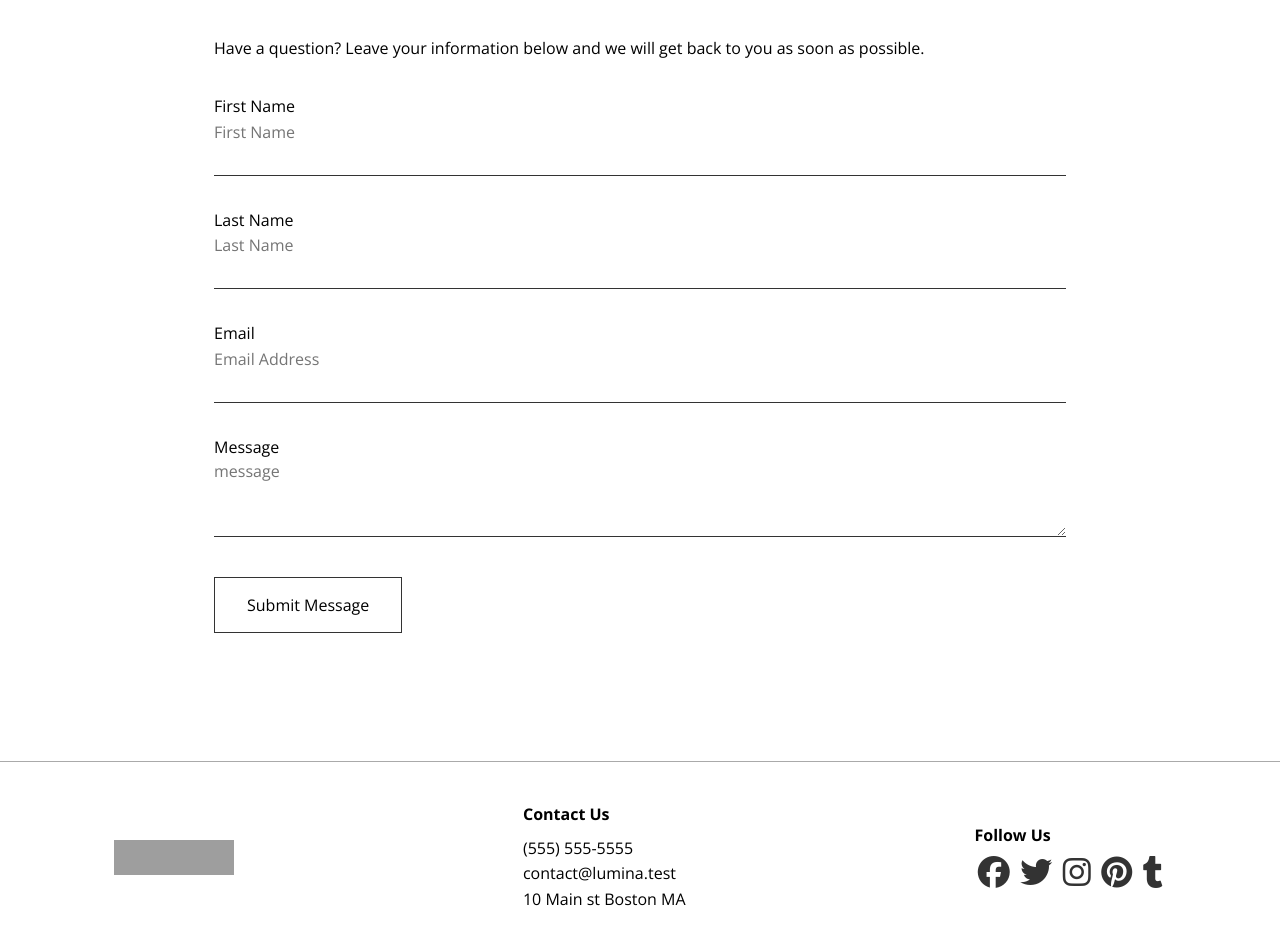
Repository: AchrafAzzaoui/lumina-creative-html-css-project
Page: lumina-creative/contact.html
An editor plug-in stored every save of this project. The page is shown before and after the next save, followed by the edit.
The browser window is 1280 px wide. The pictures show the part of the page from y = 738 to 1690 px (the page is 1690 px tall).
Pictures or frames that could not be fetched are drawn as grey boxes. A picture or video elsewhere on the page could not be fetched, so the positions and the page height are approximate. Some web libraries are served in a nearby version.

Above is the page before, as saved 2024-08-22 22:44:50.

After the next save:
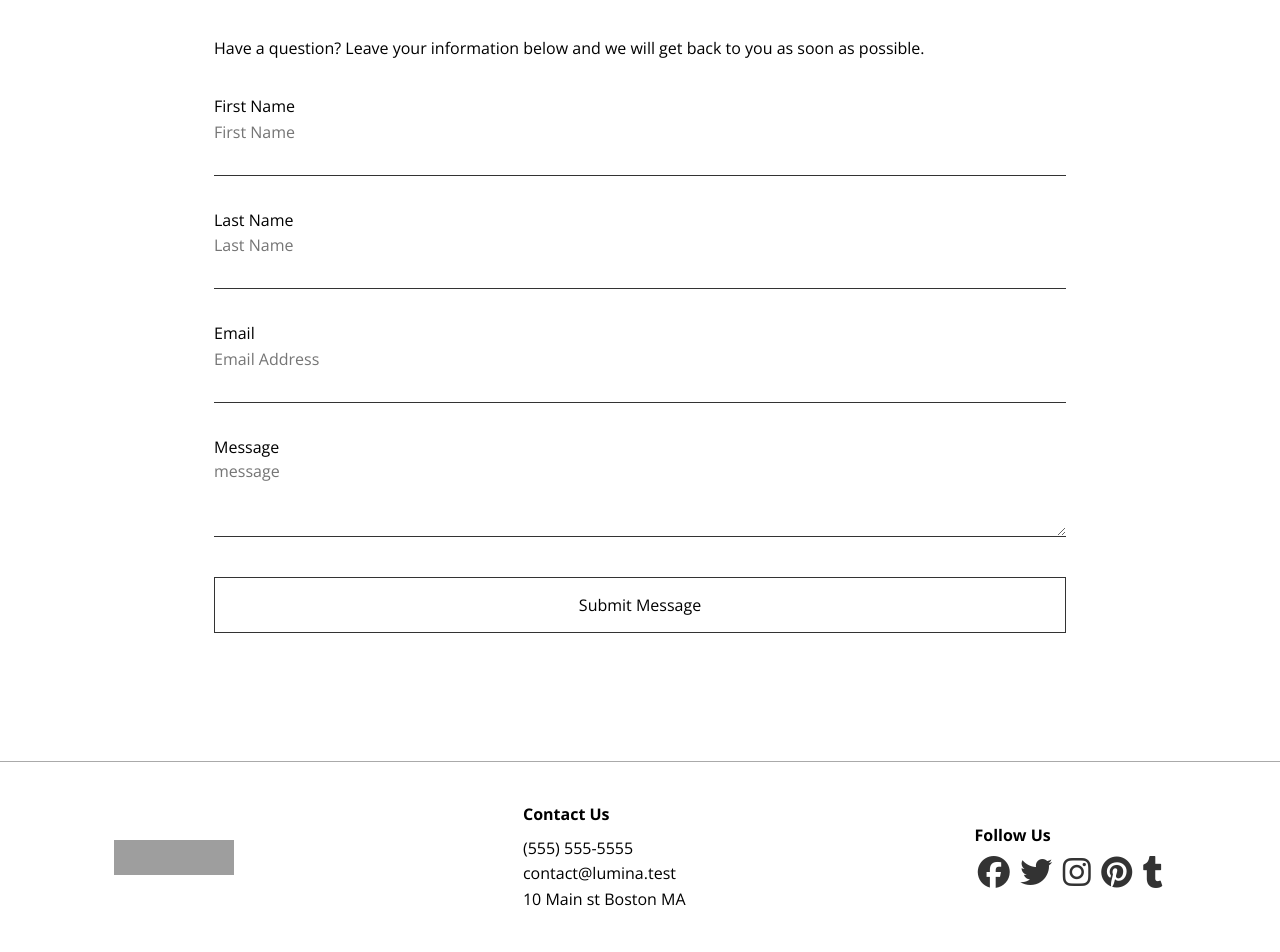
Saved 16 s later.
--- a/lumina-creative/css/styles.css
+++ b/lumina-creative/css/styles.css
@@ -215,6 +215,10 @@ img {
 .contact textarea:focus {
   outline: 0;
 }
+
+.contact .btn {
+  width: 100%;
+}
 /* Media Queries */
 
 @media (max-width: 768px) {
